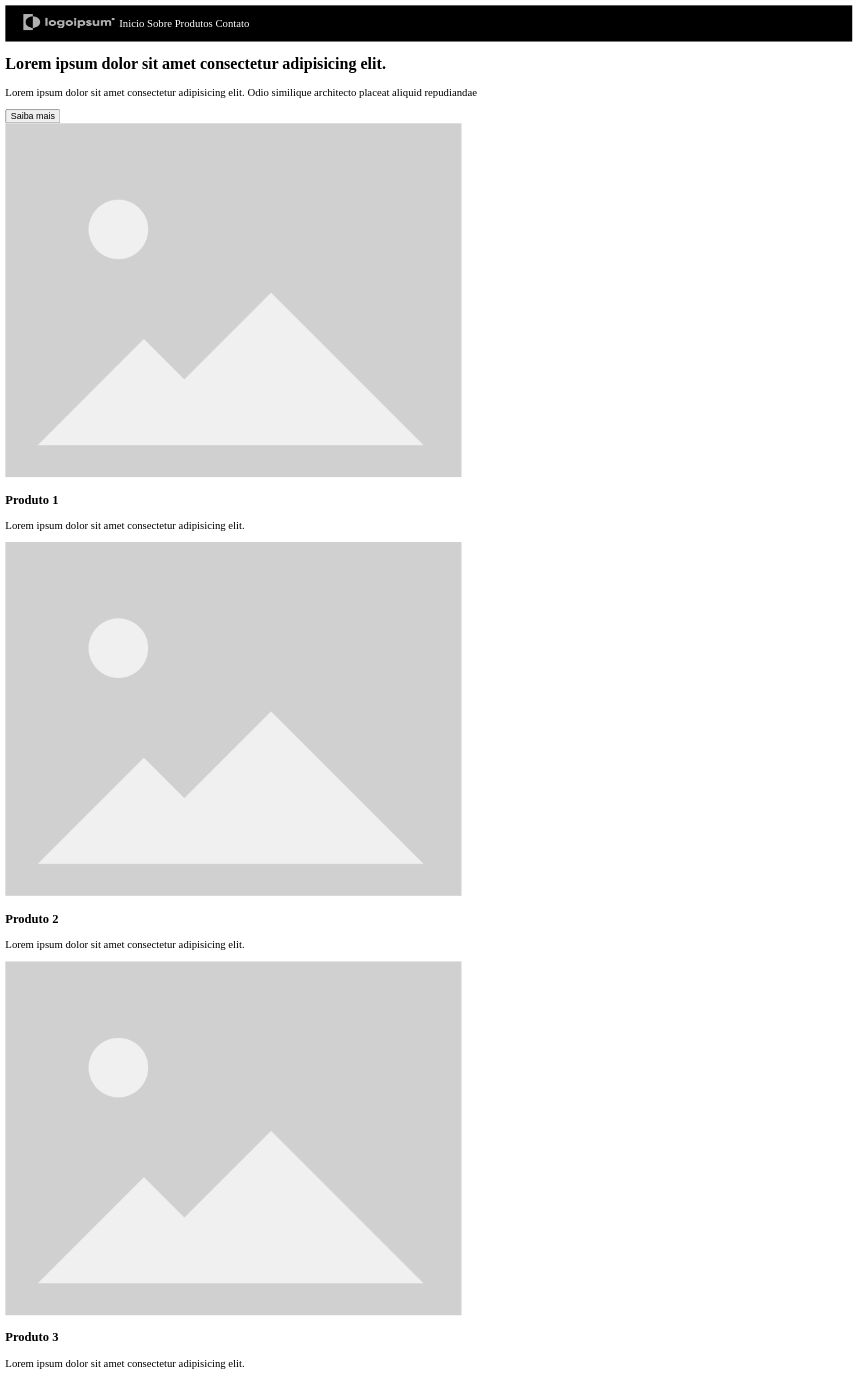
Repository: Carolden/SiteCrie_Ti
Page: index.html
The author's editor kept a copy of each file at every save. The page is drawn from the files as they stood at one save, then again after the next save.
The browser window is 1280 px wide. The pictures show the whole page, at 67% of full size.

Above is the page before, as saved 2023-04-20 22:18:39.

After the next save:
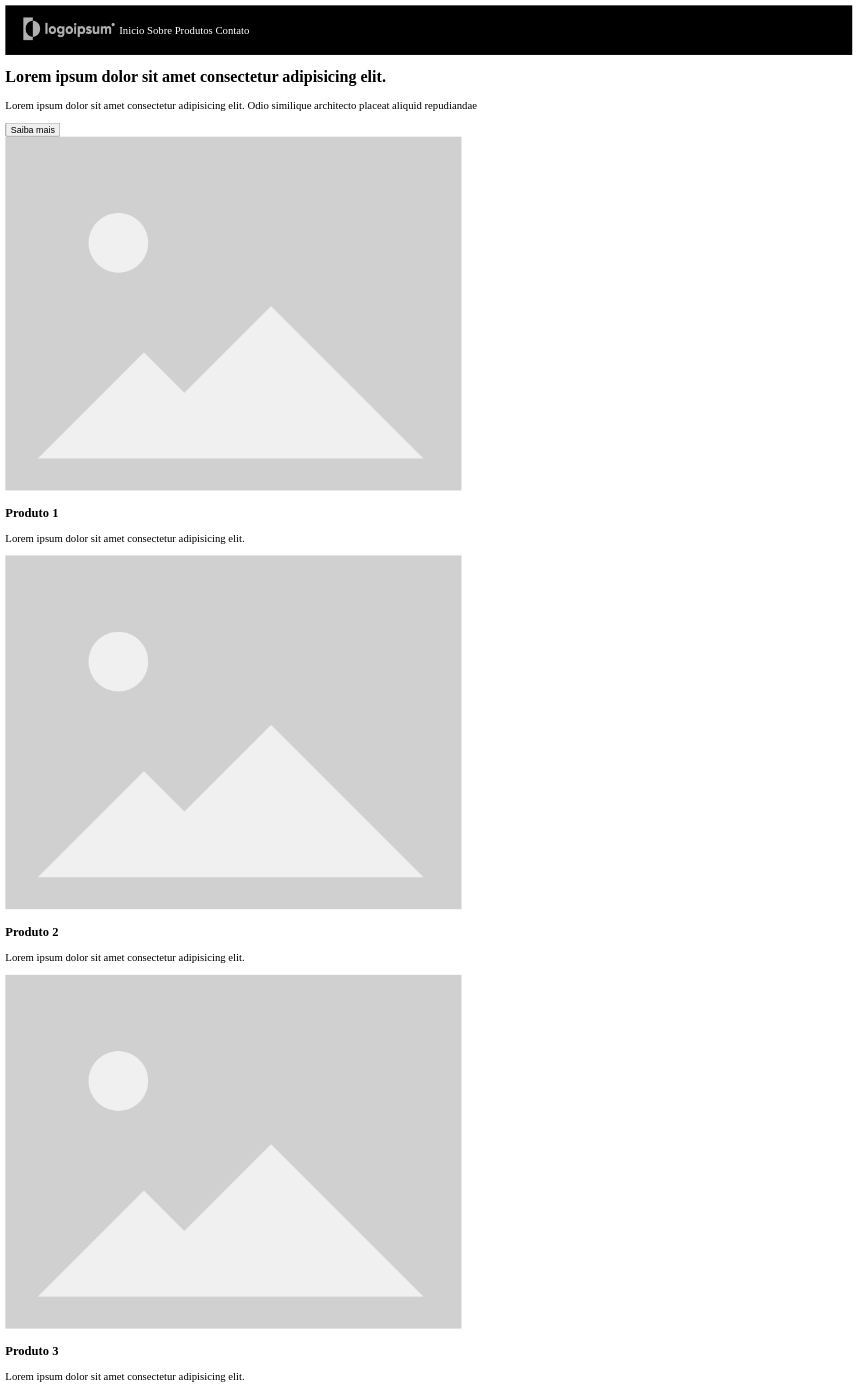
Saved 13 s later.
--- a/index.css
+++ b/index.css
@@ -18,5 +18,5 @@ header nav a {
 
 .logo {
     width: 150px;
-    height: 50px;
+    height: 70px;
 }
